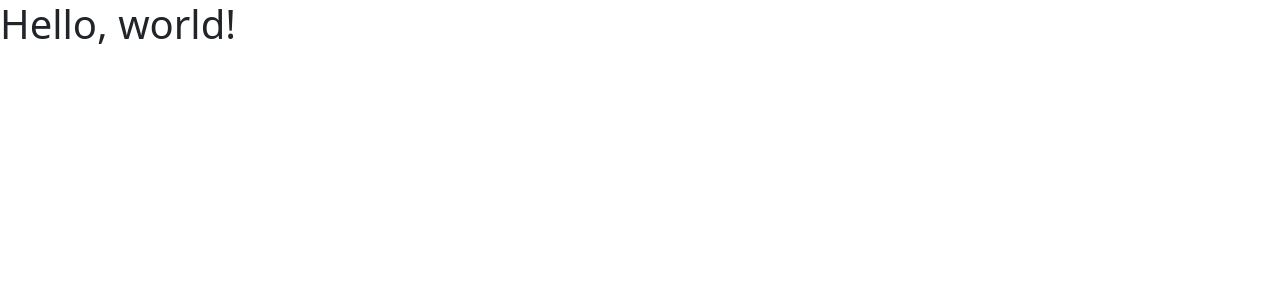
Repository: uditjain100/Flask2021
Page: http://localhost/
The author's editor kept a copy of each file at every save. The page is drawn from the files as they stood at one save, then again after the next save.
The browser window is 1280 px wide. The pictures show the whole page.
The page is served by the project's application, run on Flask 3 (app.py).

Above is the page before, as saved 2021-03-21 00:42:28.

### templates/index.html
<!DOCTYPE html>
<html lang="en">
  <head>
    <!-- Required meta tags -->
    <meta charset="utf-8" />
    <meta name="viewport" content="width=device-width, initial-scale=1" />

    <!-- Bootstrap CSS -->
    <link
      href="https://cdn.jsdelivr.net/npm/bootstrap@5.0.0-beta2/dist/css/bootstrap.min.css"
      rel="stylesheet"
      integrity="sha384-BmbxuPwQa2lc/FVzBcNJ7UAyJxM6wuqIj61tLrc4wSX0szH/Ev+nYRRuWlolflfl"
      crossorigin="anonymous"
    />

    <title>My App</title>
  </head>
  <body>
    <h1>Hello, world!</h1>

    <!-- Optional JavaScript; choose one of the two! -->

    <!-- Option 1: Bootstrap Bundle with Popper -->
    <script
      src="https://cdn.jsdelivr.net/npm/bootstrap@5.0.0-beta2/dist/js/bootstrap.bundle.min.js"
      integrity="sha384-b5kHyXgcpbZJO/tY9Ul7kGkf1S0CWuKcCD38l8YkeH8z8QjE0GmW1gYU5S9FOnJ0"
      crossorigin="anonymous"
    ></script>

    <!-- Option 2: Separate Popper and Bootstrap JS -->
    <!--
    <script src="https://cdn.jsdelivr.net/npm/@popperjs/core@2.6.0/dist/umd/popper.min.js" integrity="sha384-KsvD1yqQ1/1+IA7gi3P0tyJcT3vR+NdBTt13hSJ2lnve8agRGXTTyNaBYmCR/Nwi" crossorigin="anonymous"></script>
    <script src="https://cdn.jsdelivr.net/npm/bootstrap@5.0.0-beta2/dist/js/bootstrap.min.js" integrity="sha384-nsg8ua9HAw1y0W1btsyWgBklPnCUAFLuTMS2G72MMONqmOymq585AcH49TLBQObG" crossorigin="anonymous"></script>
    -->
  </body>
</html>

### app.py
from flask import Flask, render_template
app = Flask(__name__)


@app.route('/')
def hello_world():
    return render_template("index.html")


if __name__ == "__main__":
    app.run(debug=True, port=8000)

After the next save:
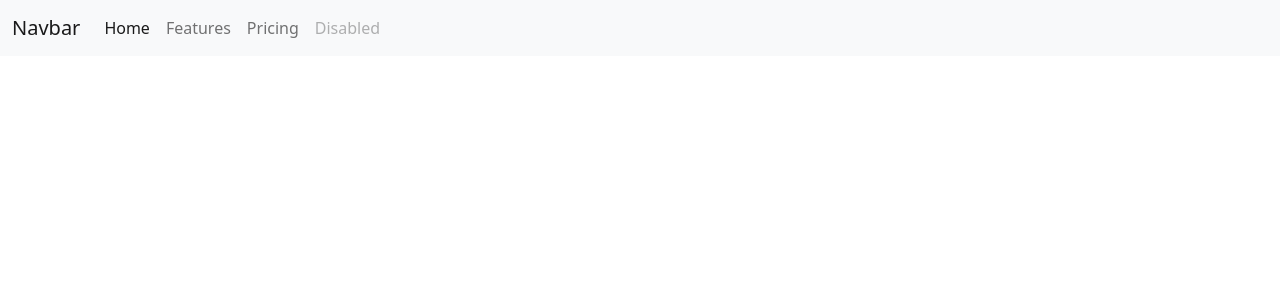
Saved 73 s later.
--- a/templates/index.html
+++ b/templates/index.html
@@ -16,8 +16,46 @@
     <title>My App</title>
   </head>
   <body>
-    <h1>Hello, world!</h1>
+    <nav class="navbar navbar-expand-lg navbar-light bg-light">
+      <div class="container-fluid">
+        <a class="navbar-brand" href="#">Navbar</a>
+        <button
+          class="navbar-toggler"
+          type="button"
+          data-bs-toggle="collapse"
+          data-bs-target="#navbarNav"
+          aria-controls="navbarNav"
+          aria-expanded="false"
+          aria-label="Toggle navigation"
+        >
+          <span class="navbar-toggler-icon"></span>
+        </button>
+        <div class="collapse navbar-collapse" id="navbarNav">
+          <ul class="navbar-nav">
+            <li class="nav-item">
+              <a class="nav-link active" aria-current="page" href="#">Home</a>
+            </li>
+            <li class="nav-item">
+              <a class="nav-link" href="#">Features</a>
+            </li>
+            <li class="nav-item">
+              <a class="nav-link" href="#">Pricing</a>
+            </li>
+            <li class="nav-item">
+              <a
+                class="nav-link disabled"
+                href="#"
+                tabindex="-1"
+                aria-disabled="true"
+                >Disabled</a
+              >
+            </li>
+          </ul>
+        </div>
+      </div>
+    </nav>
 
+    <div class="container"></div>
     <!-- Optional JavaScript; choose one of the two! -->
 
     <!-- Option 1: Bootstrap Bundle with Popper -->
